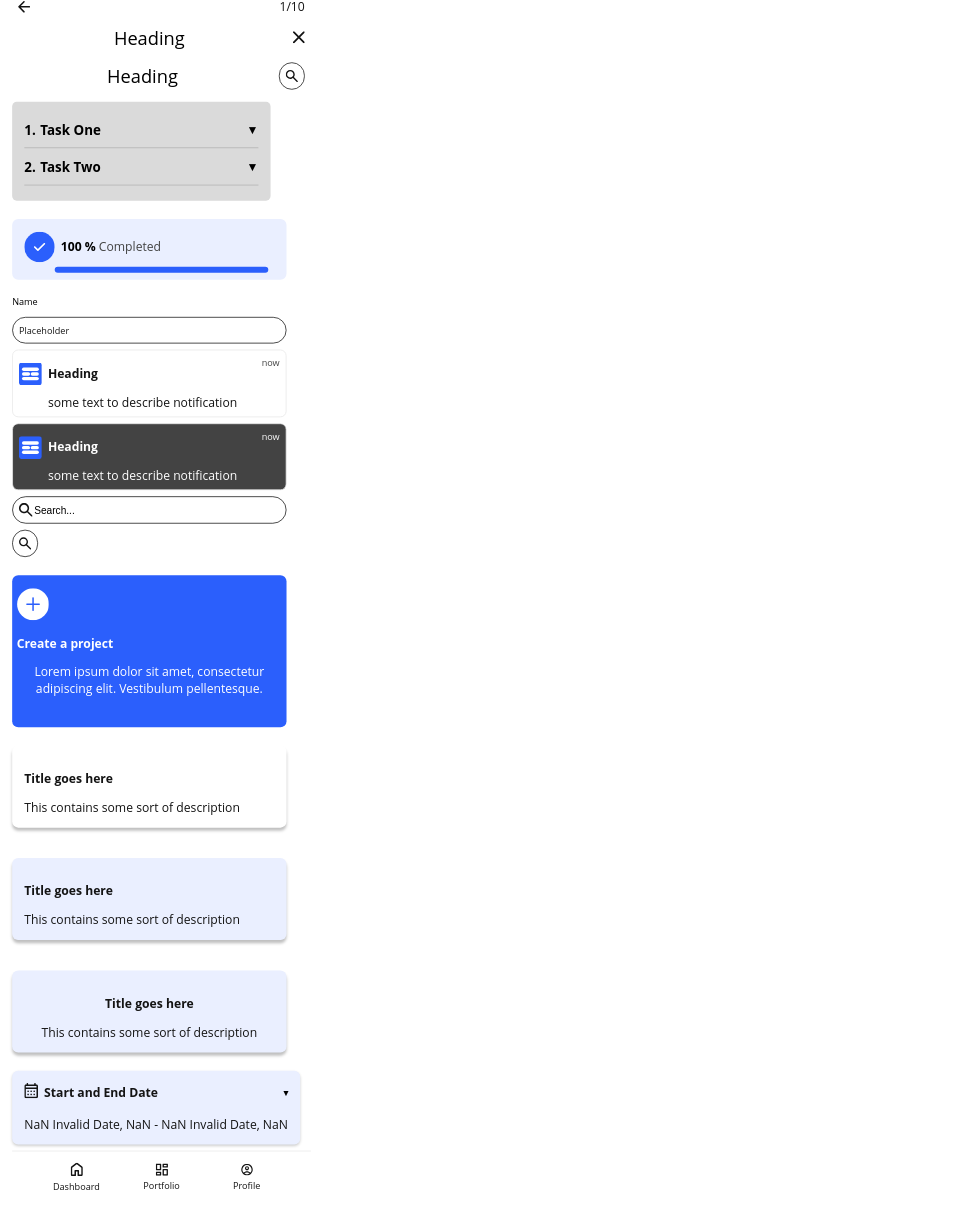
Repository: brunaguarizo/mosaic_app
Page: /
An editor plug-in stored every save of this project. The page is shown before and after the next save, followed by the edit.
The browser window is 1280 px wide. The pictures show the whole page, at 76% of full size.
The project was rebuilt for these pictures with package versions that can differ from the ones it lists, and the page was loaded fresh each time. The framework's server and built-in components were replaced by stand-ins that run in the browser. Also part of the build but not shown: next.config.mjs, app/_ui/Button/Button.js, app/_ui/Tag/Tag.js, app/_ui/Project_card/Project_card.js, app/_ui/Date_PopUp/Date_PopUp.module.css, app/_ui/Date_PopUp/Date_PopUp.js.

Above is the page before, as saved 2025-04-18 21:05:25.

### app/globals.css
/* ------------------------------------------------------ GENERAL STYLES ------------------------------------------------------ */
*,
*::before,
*::after {
    box-sizing: inherit;
}

html,
body {
    padding: 0;
    margin: 0;
    font-family: var(--font-family);
    box-sizing: border-box;
}

html {
    display: flex;
    justify-content: center;
    align-items: center;
    width: 393px;
    height: 100%;
    margin: var(--space-regular);
}

.container {
}

.two-column {
    display: grid;
    grid-template-columns: 1fr 1fr;
    gap: var(--space-large);
}

/* ------------------------------------------------------ VARIABLES ------------------------------------------------------ */
:root {
    /* ----- COLORS ----- */
    --blue-primary: rgb(43, 95, 252);
    --blue-50: rgb(234, 239, 255);
    --blue-900: rgb(18, 40, 106);
    --white: #ffffff;
    --black: rgb(20, 20, 20);
    --grey-400: rgb(67, 67, 67);
    --yellow-secondary: rgb(255, 218, 1);
    --orange-secondary: rgb(255, 94, 9);
    --green-secondary: rgb(0, 193, 79);
    --purple-secondary: rgb(154, 65, 255);

    /* ----- TYPE ----- */
    --font-family: "Open Sans", sans-serif;

    --header-xxlarge-size: 88px;
    --title-section-font-size: 30px;
    --button-font-size: 24px;
    --body-text-font-size: 20px;
    --menu-font-size: 16px;
    --label-font-size: 12px;

    --font-style-normal: normal;
    --font-weight-bold: bold;

    --line-height-xxlarge: 100px;
    --line-height-large: 36px;
    --line-height-medium: 28px;
    --line-height-small: 20px;

    /* ----- SPACING ----- */
    --space-small: 8px;
    --space-regular: 16px;
    --space-medium: 32px;
    --space-large: 48px;
    --space-extra-large: 140px;
}

### app/_ui/navbar/navbar.module.css

.nav {
    width: 393px;
    height: 72px;
    justify-content: center;
    align-items: center;
    display: flex;
    flex-direction: row;
    padding: 0;
    margin: 0;
    gap: var(--space-large);
    border-top: 1px solid var(--grey-50);
}

.navbar__item {
    display: flex;
    flex-direction: column;
    justify-content: center;
    align-items: center;
    gap: 4px;
    text-decoration: none;
    width: 60px;
    height: 44px;
    padding-left: 32px;
    padding-right: 32px;
    margin: 0;
}

.navbar__icon {
    max-width: 16px;
    padding: 0;
    margin: 0;
    fill: var(--black);
}

.navbar__text {
    color: var(--black);
    font-size: var(--label-font-size);
    font-weight: var(--font-weight-400);
    line-height: var(--line-height-small);
    text-decoration: none;
    padding: 0;
    margin: 0;
}

.navbar__item:hover .navbar__text,
.navbar__item:hover .navbar__icon,
.navbar__item:active .navbar__text,
.navbar__item:active .navbar__icon {
  color: var(--blue-primary);
  fill: var(--blue-primary);
}

/* ------------------------------------------------------ VARIABLES ------------------------------------------------------ */
:root {
    /* ----- COLORS ----- */
    --blue-primary: rgb(43,95,252);
    --blue-50: rgb(234, 239, 255);
    --blue-900: rgb(18, 40, 106);
    --white: #FFFFFF;
    --grey-50: #E8E8E8;
    --black: rgb(20, 20, 20);
    --grey-400: rgb(67, 67, 67);
    --yellow-secondary: rgb(255, 218, 1);
    --orange-secondary: rgb(255, 94, 9);
    --green-secondary: rgb(0, 193, 79);
    --purple-secondary: rgb(154, 65, 255);

    /* ----- TYPE ----- */
    --font-family: "Open Sans", sans-serif;

    --header-xxlarge-size: 88px;
    --title-section-font-size: 30px;
    --button-font-size: 24px;
    --body-text-font-size: 20px;
    --menu-font-size: 16px;
    --label-font-size: 12px;

    --font-style-normal: normal;
    --font-weight-bold: bold;

    --line-height-xxlarge: 100px;
    --line-height-large: 36px;
    --line-height-medium: 28px;
    --line-height-small: 20px;

    /* ----- SPACING ----- */
    --space-small: 8px;
    --space-regular: 16px;
    --space-medium: 32px;
    --space-large: 48px;
    --space-extra-large: 88px;
  }

### app/_ui/Project_card/Project_card.module.css
.card__container {
    display: flex;
    flex-direction: column;
    justify-content: center;
    align-items: center;
    background-color: var(--blue-50);
    border-radius: var(--space-small);
    padding: var(--space-regular);
    gap: var(--space-regular);
}

.card__menu {
    width: 100%;
    display: flex;
    justify-content: flex-end;
    padding: 0;
    margin: 0;
}

.card__icon {
    fill: var(--blue-primary);
    padding: 0;
    margin: 0;

    &:hover {
        fill: var(--blue-900);
    }
}

.card__title {
    font-family: var(--font-family);
    font-size: var(--font-size-regular);
    font-weight: var(--font-weight-bold);
    color: var(--black);
    padding: 0;
    margin: 0;
}

.card__text {
    font-family: var(--font-family);
    font-size: var(--font-size-small);
    font-weight: var(--font-weight-regular);
    color: var(--black);
    text-align: center;
    padding: 0;
    margin: 0;
    max-width: 220px;
}

.date {
    display: flex;
    align-items: center;
    gap: var(--space-small);
    padding: 0;
    margin: 0;
}

.date__icon {
    fill: var(--black);
    padding: 0;
    margin: 0;
}

/* ------------------------------------------------------ VARIABLES ------------------------------------------------------ */
:root {
    /* ----- COLORS ----- */
    --blue-primary: rgb(43, 95, 252);
    --blue-50: rgb(234, 239, 255);
    --blue-100: #bdcdfe;
    --blue-900: rgb(18, 40, 106);
    --white: #ffffff;
    --black: rgb(20, 20, 20);
    --grey-400: rgb(67, 67, 67);
    --yellow-secondary: rgb(255, 218, 1);
    --orange-secondary: rgb(255, 94, 9);
    --green-secondary: rgb(0, 193, 79);
    --purple-secondary: rgb(154, 65, 255);

    /* ----- TYPE ----- */
    --font-family: "Open Sans", sans-serif;

    --font-size-extra-large: 30px;
    --font-size-large: 24px;
    --font-size-medium: 20px;
    --font-size-regular: 16px;
    --font-size-small: 12px;

    --font-style-normal: normal;
    --font-weight-bold: bold;

    --line-height-xxlarge: 100px;
    --line-height-large: 36px;
    --line-height-medium: 28px;
    --line-height-small: 20px;

    /* ----- SPACING ----- */
    --space-small: 8px;
    --space-regular: 16px;
    --space-medium: 32px;
    --space-large: 48px;
    --space-extra-large: 140px;
}

### app/_ui/Button/Button.module.css
.button {
    font-family: var(--font-family);
    font-size: var(--font-size-regular);
    font-weight: var(--font-weight-bold);
    width: 100%;
    padding-top: var(--space-small);
    padding-left: var(--space-regular);
    padding-right: var(--space-regular);
    padding-bottom: var(--space-small);
    border-radius: 100px;
    align-items: center;
    border: none;

    &:hover {
        background-color: var(--blue-900);
        color: var(--white);
    }
}

.primary {
    background: var(--blue-primary);
    color: var(--white);
}

.secondary {
    background-color: var(--white);
    border: 1px solid var(--blue-primary);
    color: var(--blue-primary);
}

.disabled {
    pointer-events: none;
    color: var(--white);
    background-color: var(--blue-100);
}

.small {
    font-size: var(--font-size-small);
    padding: var(--space-small);
    align-items: center;
}

.large {
    font-size: var(--font-size-large);
    padding: var(--space-regular);
}

.error {
    background-color: var(--orange-secondary);
}

/* ------------------------------------------------------ VARIABLES ------------------------------------------------------ */
:root {
    /* ----- COLORS ----- */
    --blue-primary: rgb(43, 95, 252);
    --blue-50: rgb(234, 239, 255);
    --blue-100: #bdcdfe;
    --blue-900: rgb(18, 40, 106);
    --white: #ffffff;
    --black: rgb(20, 20, 20);
    --grey-400: rgb(67, 67, 67);
    --yellow-secondary: rgb(255, 218, 1);
    --orange-secondary: rgb(255, 94, 9);
    --green-secondary: rgb(0, 193, 79);
    --purple-secondary: rgb(154, 65, 255);

    /* ----- TYPE ----- */
    --font-family: "Open Sans", sans-serif;

    --font-size-extra-large: 30px;
    --font-size-large: 24px;
    --font-size-medium: 20px;
    --font-size-regular: 16px;
    --font-size-small: 12px;

    --font-style-normal: normal;
    --font-weight-bold: bold;

    --line-height-xxlarge: 100px;
    --line-height-large: 36px;
    --line-height-medium: 28px;
    --line-height-small: 20px;

    /* ----- SPACING ----- */
    --space-small: 8px;
    --space-regular: 16px;
    --space-medium: 32px;
    --space-large: 48px;
    --space-extra-large: 140px;
}

### app/_ui/Date_Card/Date_Card.module.css
.card {
    background-color: var(--blue-50);
    border-radius: var(--space-small);
    padding: var(--space-regular);
    gap: var(--space-regular);
    box-shadow: 0 2px 4px rgba(0, 0, 0, 0.2);
    font-family: var(--font-family);
    cursor: pointer;
    display: flex;
    flex-direction: column;
    width: fit-content;
}

.header {
    display: flex;
    align-items: center;
    gap: var(--space-small);
    font-size: var(--font-size-regular);
    font-weight: var(--font-weight-bold);
    color: var(--black);
}

.label {
    flex-grow: 1;
}

.arrow {
    font-size: var(--font-size-small);
    color: black;
}

.arrow:hover {
    font-size: var(--font-size-small);
    color: var(--blue-primary);
}

.dateRange {
    margin-top: 2px;
    font-size: var(--font-size-regular);
    color: var(--black);
}

/* ------------------------------------------------------ VARIABLES ------------------------------------------------------ */
:root {
    /* ----- COLORS ----- */
    --blue-primary: rgb(43, 95, 252);
    --blue-50: rgb(234, 239, 255);
    --blue-100: #bdcdfe;
    --blue-900: rgb(18, 40, 106);
    --white: #ffffff;
    --black: rgb(20, 20, 20);
    --grey-400: rgb(67, 67, 67);
    --yellow-secondary: rgb(255, 218, 1);
    --orange-secondary: rgb(255, 94, 9);
    --green-secondary: rgb(0, 193, 79);
    --purple-secondary: rgb(154, 65, 255);

    /* ----- TYPE ----- */
    --font-family: "Open Sans", sans-serif;

    --font-size-extra-large: 30px;
    --font-size-large: 24px;
    --font-size-medium: 20px;
    --font-size-regular: 16px;
    --font-size-small: 12px;

    --font-style-normal: normal;
    --font-weight-bold: bold;

    --line-height-xxlarge: 100px;
    --line-height-large: 36px;
    --line-height-medium: 28px;
    --line-height-small: 20px;

    /* ----- SPACING ----- */
    --space-small: 8px;
    --space-regular: 16px;
    --space-medium: 32px;
    --space-large: 48px;
    --space-extra-large: 140px;
}

### app/_ui/Create_Project_Button/Create_Project_Button.module.css
.button_background {
    background-color: var(--blue-primary);
    border-radius: var(--space-small);
    border: none;
    width: 361px;
    height: 200px;
    display: flex;
    flex-direction: column;
    margin-top: var(--space-regular);
}

.button_icon {
    width: 42px;
    height: 42px;
    align-self: center;
    box-sizing: content-box;
    margin-top: var(--space-regular);
}

.button_heading {
    text-align: center;
    font-family: "Open Sans", sans-serif;
    font-size: var(--menu-font-size);
    font-weight: var(--font-weight-bold);
    color: white;
    padding: 0px;
    border: 0px;
    margin-top: var(--space-regular);
    margin-bottom: 0px;
}

.button_description {
    font-family: "Open Sans", sans-serif;
    font-size: var(--menu-font-size);
    font-style: var(--font-weight-normal);
    color: white;
    border: 0px;
    padding: 0px;
    margin-top: var(--space-regular);
    margin-bottom: 0px;
}
/* ------------------------------------------------------ VARIABLES ------------------------------------------------------ */
:root {
    /* ----- COLORS ----- */
    --blue-primary: rgb(43, 95, 252);
    --blue-50: rgb(234, 239, 255);
    --blue-900: rgb(18, 40, 106);
    --white: #ffffff;
    --grey-50: #e8e8e8;
    --black: rgb(20, 20, 20);
    --grey-400: rgb(67, 67, 67);
    --yellow-secondary: rgb(255, 218, 1);
    --orange-secondary: rgb(255, 94, 9);
    --green-secondary: rgb(0, 193, 79);
    --purple-secondary: rgb(154, 65, 255);

    /* ----- TYPE ----- */
    --font-family: "Open Sans", sans-serif;

    --header-xxlarge-size: 88px;
    --title-section-font-size: 30px;
    --button-font-size: 24px;
    --body-text-font-size: 20px;
    --menu-font-size: 16px;
    --label-font-size: 12px;

    --font-style-normal: normal;
    --font-weight-bold: bold;

    --line-height-xxlarge: 100px;
    --line-height-large: 36px;
    --line-height-medium: 28px;
    --line-height-small: 20px;

    /* ----- SPACING ----- */
    --space-small: 8px;
    --space-regular: 16px;
    --space-medium: 32px;
    --space-large: 48px;
    --space-extra-large: 140px;
}

### app/_ui/Search_Bar/Search_Bar.module.css
.primary {
    border: 1px solid var(--black);
    padding: var(--space-small);

    display: flex;
    flex-direction: row;
    width: 361px;
    border-radius: var(--border-radius-large);
}

.secondary {
    border: 1px solid var(--black);
    border-radius: var(--border-radius-large);
    width: var(--space-regular);
    box-sizing: content-box;
}

.visible {
    border: none;
}
.invisible {
    display: none;
}

.search_item {
    border: none;
}

.search_item:focus {
    outline: none;
    box-shadow: none;
}

/* ------------------------------------------------------ VARIABLES ------------------------------------------------------ */
:root {
    /* ----- COLORS ----- */
    --blue-primary: rgb(43, 95, 252);
    --blue-50: rgb(234, 239, 255);
    --blue-900: rgb(18, 40, 106);
    --white: #ffffff;
    --grey-50: #e8e8e8;
    --black: rgb(20, 20, 20);
    --grey-400: rgb(67, 67, 67);
    --yellow-secondary: rgb(255, 218, 1);
    --orange-secondary: rgb(255, 94, 9);
    --green-secondary: rgb(0, 193, 79);
    --purple-secondary: rgb(154, 65, 255);

    /* ----- BORDER RADIUS ----- */
    --border-radius-large: 100px;

    /* ----- TYPE ----- */
    --font-family: "Open Sans", sans-serif;

    --header-xxlarge-size: 88px;
    --title-section-font-size: 30px;
    --button-font-size: 24px;
    --body-text-font-size: 20px;
    --menu-font-size: 16px;
    --label-font-size: 12px;

    --font-style-normal: normal;
    --font-weight-bold: bold;

    --line-height-xxlarge: 100px;
    --line-height-large: 36px;
    --line-height-medium: 28px;
    --line-height-small: 20px;

    /* ----- SPACING ----- */
    --space-small: 8px;
    --space-regular: 16px;
    --space-medium: 32px;
    --space-large: 48px;
    --space-extra-large: 140px;
}

### app/_ui/Heading_Bar/Heading_Bar.module.css
.contentInner {
    display: flex;
    flex-direction: column;
    gap: var(--space-regular);
    width: 361;
}

.row {
    display: flex;
    align-items: center;
}

.heading {
    flex-grow: 1;
    text-align: center;
    font-weight: var(--font-weight-normal);
    font-size: var(--button-font-size);
}

.icon {
    color: var(--blue-50);
    display: flex;
    align-items: center;
    justify-content: center;
}
.visible {
    display: flex;
}

.hidden {
    display: none;
}

.iconButton {
    background: none;
    border: none;
    color: var(--blue-50);
    display: flex;
    align-items: center;
    justify-content: center;
    padding: var(--space-small);
}

.iconButton:hover {
    background-color: var(--blue-50);
    border-radius: var(--border-radius-large);
}

.pagination {
    flex-grow: 1;
    text-align: right;
    color: var(--black);
    font-size: var(--menu-font-size);
    padding-right: var(--space-small);
}
/* ------------------------------------------------------ VARIABLES ------------------------------------------------------ */
:root {
    /* ----- COLORS ----- */
    --blue-primary: rgb(43, 95, 252);
    --blue-50: rgb(234, 239, 255);
    --blue-900: rgb(18, 40, 106);
    --white: #ffffff;
    --grey-50: #e8e8e8;
    --black: rgb(20, 20, 20);
    --grey-400: rgb(67, 67, 67);
    --yellow-secondary: rgb(255, 218, 1);
    --orange-secondary: rgb(255, 94, 9);
    --green-secondary: rgb(0, 193, 79);
    --purple-secondary: rgb(154, 65, 255);

    /* ----- BORDER RADIUS ----- */
    --border-radius-large: 100px;

    /* ----- TYPE ----- */
    --font-family: "Open Sans", sans-serif;

    --header-xxlarge-size: 88px;
    --title-section-font-size: 30px;
    --button-font-size: 24px;
    --body-text-font-size: 20px;
    --menu-font-size: 16px;
    --label-font-size: 12px;

    --font-style-normal: normal;
    --font-weight-bold: bold;

    --line-height-xxlarge: 100px;
    --line-height-large: 36px;
    --line-height-medium: 28px;
    --line-height-small: 20px;

    /* ----- SPACING ----- */
    --space-small: 8px;
    --space-regular: 16px;
    --space-medium: 32px;
    --space-large: 48px;
    --space-extra-large: 140px;
}

### app/_ui/Progress_Bar/Progress_Bar.module.css
.background {
    background-color: var(--blue-50);
    display: flex;
    flex-direction: row;
    border-radius: var(--space-small);
    align-items: center;
    padding: 16px;
    width: 361px;
    height: 80px;
    margin-top: var(--space-regular);
}
.icon {
    color: var(--blue-primary);
}

.content_row {
    display: flex;
    flex-direction: column;
}

.bar_text {
    display: flex;
    flex-direction: row;
    align-items: center;
}
.bar_completion,
.bar_amount {
    font-family: var(--font-family);
}
.bar_completion {
    color: var(--grey-400);
}
.bar_amount {
    font-size: var(--menu-font-size);
    padding-right: 4px;
}
.bar_text {
    padding-left: var(--space-small);
}

.bar {
    background-color: var(--blue-primary);
    width: 281px;
    height: var(--space-small);
    border-radius: var(--space-small);
}

/* ------------------------------------------------------ VARIABLES ------------------------------------------------------ */
:root {
    /* ----- COLORS ----- */
    --blue-primary: rgb(43, 95, 252);
    --blue-50: rgb(234, 239, 255);
    --blue-900: rgb(18, 40, 106);
    --white: #ffffff;
    --grey-50: #e8e8e8;
    --black: rgb(20, 20, 20);
    --grey-400: rgb(67, 67, 67);
    --yellow-secondary: rgb(255, 218, 1);
    --orange-secondary: rgb(255, 94, 9);
    --green-secondary: rgb(0, 193, 79);
    --purple-secondary: rgb(154, 65, 255);

    /* ----- TYPE ----- */
    --font-family: "Open Sans", sans-serif;

    --header-xxlarge-size: 88px;
    --title-section-font-size: 30px;
    --button-font-size: 24px;
    --body-text-font-size: 20px;
    --menu-font-size: 16px;
    --label-font-size: 12px;

    --font-style-normal: normal;
    --font-weight-bold: bold;

    --line-height-xxlarge: 100px;
    --line-height-large: 36px;
    --line-height-medium: 28px;
    --line-height-small: 20px;

    /* ----- SPACING ----- */
    --space-small: 8px;
    --space-regular: 16px;
    --space-medium: 32px;
    --space-large: 48px;
    --space-extra-large: 140px;
}

### app/_ui/Input_Box/Input_Box.module.css
.primary {
    display: flex;
    flex-direction: column;
}

.hidden {
    display: none;
}

.input_name {
    font-family: var(--font-family);
    font-size: var(--label-font-size);
}

.input_box {
    font-family: var(--font-family);
    font-size: var(--label-font-size);
    color: var(--black);
    padding: 8px;
    border-radius: 100px;
    width: 361px;
    border: 1px solid var(--black);
}

/* ------------------------------------------------------ VARIABLES ------------------------------------------------------ */
:root {
    /* ----- COLORS ----- */
    --blue-primary: rgb(43, 95, 252);
    --blue-50: rgb(234, 239, 255);
    --blue-900: rgb(18, 40, 106);
    --white: #ffffff;
    --grey-50: #e8e8e8;
    --black: rgb(20, 20, 20);
    --grey-400: rgb(67, 67, 67);
    --yellow-secondary: rgb(255, 218, 1);
    --orange-secondary: rgb(255, 94, 9);
    --green-secondary: rgb(0, 193, 79);
    --purple-secondary: rgb(154, 65, 255);

    /* ----- TYPE ----- */
    --font-family: "Open Sans", sans-serif;

    --header-xxlarge-size: 88px;
    --title-section-font-size: 30px;
    --button-font-size: 24px;
    --body-text-font-size: 20px;
    --menu-font-size: 16px;
    --label-font-size: 12px;

    --font-style-normal: normal;
    --font-weight-bold: bold;

    --line-height-xxlarge: 100px;
    --line-height-large: 36px;
    --line-height-medium: 28px;
    --line-height-small: 20px;

    /* ----- SPACING ----- */
    --space-small: 8px;
    --space-regular: 16px;
    --space-medium: 32px;
    --space-large: 48px;
    --space-extra-large: 140px;
}

### app/_ui/Task_Dropdown/Task_Dropdown.module.css
.dropdown {
    background: #dadada;
    padding: 16px;
    border-radius: 6px;
    font-family: system-ui, sans-serif;
    width: 340px;
}

.section {
    margin-bottom: 0;
}

.header {
    display: flex;
    align-items: center;
    font-weight: bold;
    cursor: pointer;
    padding: 8px 0;
    font-size: 1.1em;
}

.index {
    margin-right: 6px;
}

.title {
    flex: 1;
}

.arrow {
    margin-left: 8px;
    font-size: 0.9em;
}

.content {
    padding: 8px 0 8px 24px;
    font-weight: normal;
}

.content ul {
    margin: 0;
    padding-left: 18px;
}

.divider {
    border-bottom: 1px solid #b0b0b0;
    margin: 4px 0;
}

### app/_ui/Tag/Tag.module.css
.tag {
    font-family: var(--font-family);
    font-size: var(--font-size-small);
    font-weight: var(--font-weight-regular);
    width: 80px;
    padding: var(--space-extra-small);
    border-radius: 100px;
    border: none;
    background-color: var(--orange-secondary);

    display: flex;
    justify-content: center;
    align-items: center;
    text-align: center;
}

/* ------------------------------------------------------ VARIABLES ------------------------------------------------------ */
:root {
    /* ----- COLORS ----- */
    --blue-primary: rgb(43, 95, 252);
    --blue-50: rgb(234, 239, 255);
    --blue-100: #bdcdfe;
    --blue-900: rgb(18, 40, 106);
    --white: #ffffff;
    --black: rgb(20, 20, 20);
    --grey-400: rgb(67, 67, 67);
    --yellow-secondary: rgb(255, 218, 1);
    --orange-secondary: rgb(255, 94, 9);
    --green-secondary: rgb(0, 193, 79);
    --purple-secondary: rgb(154, 65, 255);

    /* ----- TYPE ----- */
    --font-family: "Open Sans", sans-serif;

    --font-size-extra-large: 30px;
    --font-size-large: 24px;
    --font-size-medium: 20px;
    --font-size-regular: 16px;
    --font-size-small: 12px;

    --font-style-normal: normal;
    --font-weight-bold: bold;

    --line-height-xxlarge: 100px;
    --line-height-large: 36px;
    --line-height-medium: 28px;
    --line-height-small: 20px;

    /* ----- SPACING ----- */
    --space-extra-small: 4px;
    --space-small: 8px;
    --space-regular: 16px;
    --space-medium: 32px;
    --space-large: 48px;
    --space-extra-large: 140px;
}

Loaded but not shown: app/layout.js (common file); app/_ui/navbar/navbar.js (56 lines, source omitted); app/_ui/Heading_Bar/Heading_Bar.js (104 lines, source omitted); app/_ui/Date_Card/Date_Card.js (50 lines, source omitted); app/page.js (95 lines, source omitted); app/_ui/Search_Bar/Search_Bar.js (36 lines, source omitted); app/_ui/Create_Project_Button/Create_Project_Button.js (38 lines, source omitted); app/_ui/Progress_Bar/Progress_Bar.js (38 lines, source omitted); app/_ui/Task_Dropdown/Task_Dropdown.js (42 lines, source omitted); app/_ui/Notification_Box/Notification_Box.js (37 lines, source omitted); app/_ui/Input_Box/Input_Box.js (23 lines, source omitted); app/_ui/Description_Box/Description_Box.js (18 lines, source omitted); app/page.module.css (175 lines, source omitted); app/_ui/Description_Box/Description_Box.module.css (95 lines, source omitted); app/_ui/Notification_Box/Notification_Box.module.css (107 lines, source omitted)

After the next save:
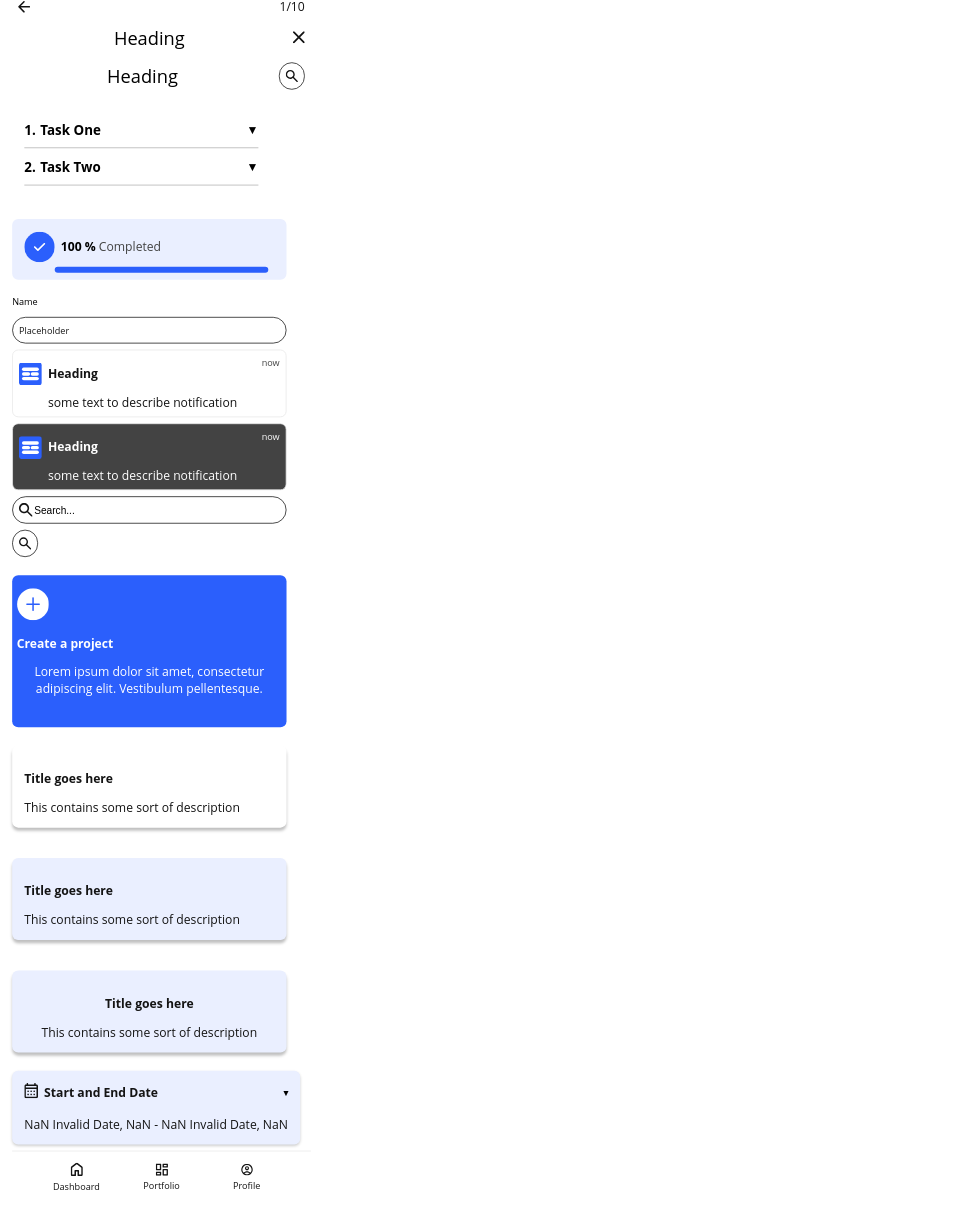
Saved 4 s later.
--- a/app/_ui/Task_Dropdown/Task_Dropdown.module.css
+++ b/app/_ui/Task_Dropdown/Task_Dropdown.module.css
@@ -1,5 +1,4 @@
 .dropdown {
-    background: #dadada;
     padding: 16px;
     border-radius: 6px;
     font-family: system-ui, sans-serif;
